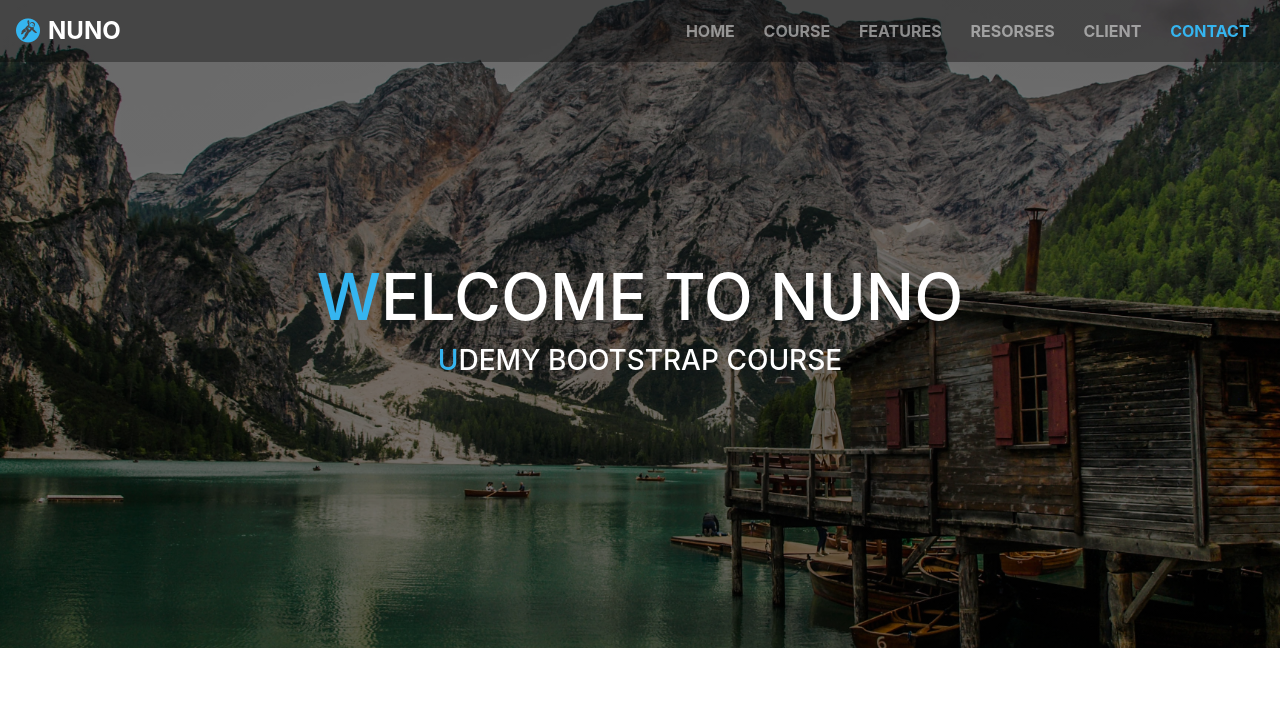
Repository: Mietlicha/bootstrap_template_exercise
Page: index.html
The author's editor kept a copy of each file at every save. The page is drawn from the files as they stood at one save, then again after the next save.
The browser window is 1280 px wide. The pictures show the whole page.

Above is the page before, as saved 2019-11-19 19:15:14.

### index.html
<!DOCTYPE html>
<html lang="en">

<head>
    <meta charset="UTF-8">
    <meta name="viewport" content="width=device-width, initial-scale=1.0">
    <meta http-equiv="X-UA-Compatible" content="ie=edge">
    <title>Bootstrap template</title>
    <link rel="stylesheet" href="https://stackpath.bootstrapcdn.com/bootstrap/4.3.1/css/bootstrap.min.css"
        integrity="sha384-ggOyR0iXCbMQv3Xipma34MD+dH/1fQ784/j6cY/iJTQUOhcWr7x9JvoRxT2MZw1T" crossorigin="anonymous">
    <link rel="stylesheet" href="style.css">
    <link rel="stylesheet" href="https://cdnjs.cloudflare.com/ajax/libs/font-awesome/4.7.0/css/font-awesome.min.css">
</head>

<body data-spy="scroll" data-target="#main-nav">
    <!--------------------nav/home-------------------------------------------------------------------->
    <nav id="main-nav" class="navbar navbar-expand-md navbar-dark bg-dark font-weight-bold fixed-top">
        <a class="navbar-brand" href="#"><i class="fa fa-grav mr-2" aria-hidden="true"></i>Nuno</a>
        <button class="navbar-toggler" type="button" data-toggle="collapse" data-target="#navbarSupportedContent"
            aria-controls="navbarSupportedContent" aria-expanded="false" aria-label="Toggle navigation">
            <span class="navbar-toggler-icon"></span>
        </button>

        <div class="collapse navbar-collapse" id="navbarSupportedContent">
            <ul class="navbar-nav ml-auto">
                <li class="nav-item">
                    <a class="nav-link" href="#home">Home</a>
                </li>
                <li class="nav-item">
                    <a class="nav-link" href="#course">Course</a>
                </li>
                <li class="nav-item">
                    <a class="nav-link" href="#feature">Features</a>
                </li>
                <li class="nav-item">
                    <a class="nav-link" href="#resourses">Resorses</a>
                </li>
                <li class="nav-item">
                    <a class="nav-link" href="#client">Client</a>
                </li>
                <li class="nav-item">
                    <a class="nav-link" href="#contact">Contact</a>
                </li>
        </div>
    </nav>
<!--------------------main----------------------------------------------------------------->
<main>
    <!--------------------home-------------------->
    <section id="home">
        <div class="home--landing-page">
        </div>
        <div class="home--caption">
            <h1>Welcome to Nuno</h1>
            <h3>Udemy bootstrap course</h3>
        </div>
    </section>

    <!--------------------corse-------------------->
    <section id="course">

    </section>
    <!--------------------feature-------------------->
    <section id="feature">

    </section>
    <!--------------------Resourses-------------------->
    <section id="resourses">

    </section>
    <!--------------------Client-------------------->
    <section id="client">

    </section>
    <!--------------------Contact-------------------->
    <section id="contact">

    </section>
</main>

    <script src="https://code.jquery.com/jquery-3.3.1.slim.min.js"
        integrity="sha384-q8i/X+965DzO0rT7abK41JStQIAqVgRVzpbzo5smXKp4YfRvH+8abtTE1Pi6jizo"
        crossorigin="anonymous"></script>
    <script src="https://cdnjs.cloudflare.com/ajax/libs/popper.js/1.14.7/umd/popper.min.js"
        integrity="sha384-UO2eT0CpHqdSJQ6hJty5KVphtPhzWj9WO1clHTMGa3JDZwrnQq4sF86dIHNDz0W1"
        crossorigin="anonymous"></script>
    <script src="https://stackpath.bootstrapcdn.com/bootstrap/4.3.1/js/bootstrap.min.js"
        integrity="sha384-JjSmVgyd0p3pXB1rRibZUAYoIIy6OrQ6VrjIEaFf/nJGzIxFDsf4x0xIM+B07jRM"
        crossorigin="anonymous"></script>
</body>

</html>

### style.css
:root{
--main-colour: rgb(53, 181, 240);
font-size: 12px;
}

body{
    position: relative;
}

/************************NAV******************************************/
.bg-dark {
    background-color: #0a0a0a60!important;
}

.navbar-dark .navbar-nav .nav-link:hover{
    color: rgb(255, 255, 255);
}

.nav-link{
    padding: 0 7rem;
}

#main-nav {
text-transform: uppercase;
}

#main-nav .navbar-brand{
    font-size: 1.5rem;
}

#main-nav .navbar-brand i{
    color: var(--main-colour);
}

.navbar-dark .navbar-nav .nav-link.active{
    color: var(--main-colour);
    font-weight: bold;
}

.navbar-dark .navbar-nav .nav-link{
    padding-top: .9rem;
}

/*Nav*/
@media (min-width: 768px){
    :root{
        font-size: 16px;
    }
.navbar-expand-md .navbar-nav .nav-link {
    padding-right: .9rem;
    padding-left: .9rem;
    padding-top: 0;
}
}

/************************Home******************************************/
.home--landing-page{
    background: linear-gradient(rgba(0, 0, 0, 0.534), rgba(0, 0, 0, 0.534)), url(img/tlo.jpg) center/cover no-repeat;
    width: 100vw;
    height: 90vh;
}

.home--caption{
    width: 100%;
    position: absolute;
    top: 40%;
    z-index: 3;
    text-align: center;
    color: #fff;
    text-transform: uppercase;
}

.home--caption h1{
    font-size: 4rem;
}

.home--caption h1::first-letter, .home--caption h3::first-letter{
    color: var(--main-colour);
}

After the next save:
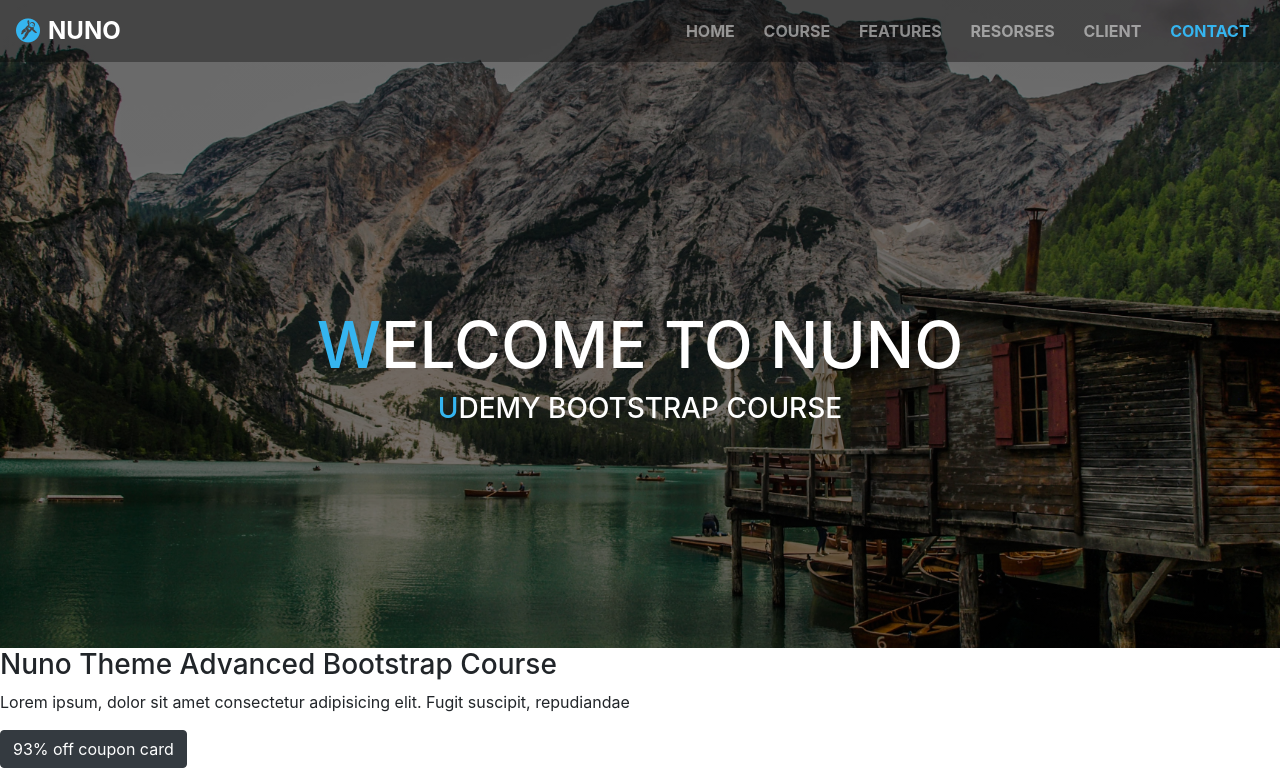
Saved 11 min 53 s later.
--- a/index.html
+++ b/index.html
@@ -57,6 +57,10 @@
 
     <!--------------------corse-------------------->
     <section id="course">
+        <header><h3>Nuno Theme Advanced Bootstrap Course</h3></header>
+        <p>Lorem ipsum, dolor sit amet consectetur adipisicing elit. Fugit suscipit, repudiandae
+        </p>
+        <a href="#" class="btn btn-dark">93% off coupon card</a>
 
     </section>
     <!--------------------feature-------------------->
